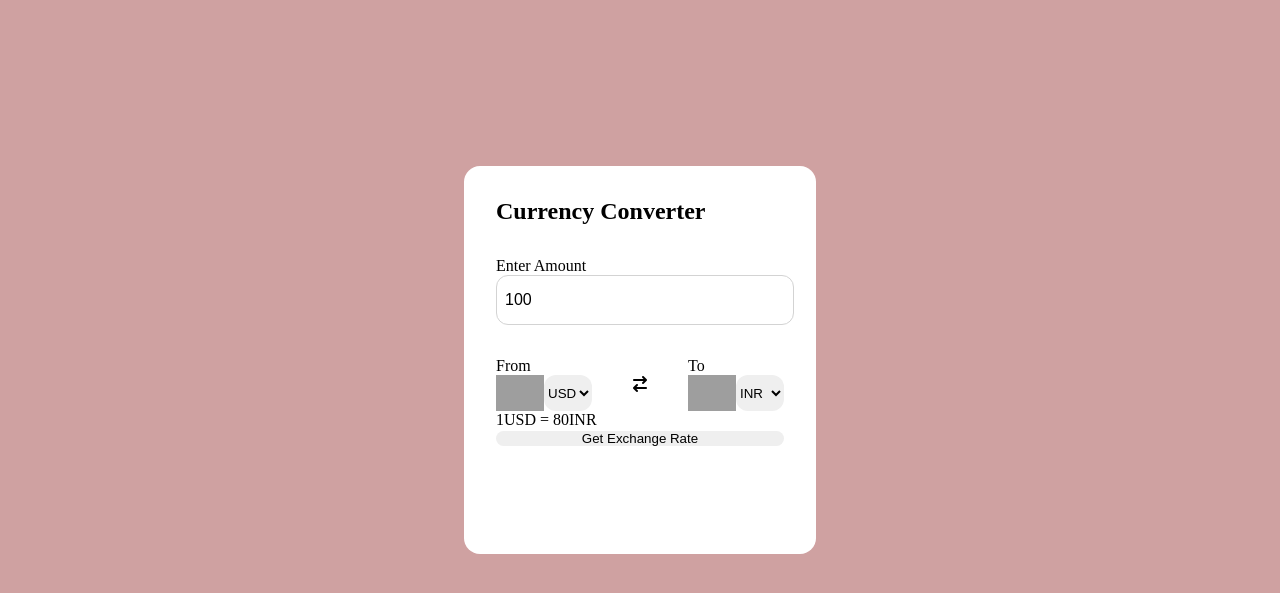
Repository: Chiranshukapil/Currency-Converter
Page: index.html
These files come from the project's save history. The page is drawn as it stood at one moment and after the next save; the edit follows.
The browser window is 1280 px wide. The pictures show the whole page.
Pictures or frames that could not be fetched are drawn as grey boxes.

Above is the page before, as saved 2024-07-01 04:26:24.

### index.html
<!DOCTYPE html>
<html lang="en">
<head>
    <meta charset="UTF-8">
    <meta name="viewport" content="width=device-width, initial-scale=1.0">
    <title>Currency Converter</title>
    <link rel="stylesheet" href="style.css">
    <link rel="stylesheet" href="https://cdnjs.cloudflare.com/ajax/libs/font-awesome/6.5.2/css/all.min.css" integrity="sha512-SnH5WK+bZxgPHs44uWIX+LLJAJ9/2PkPKZ5QiAj6Ta86w+fsb2TkcmfRyVX3pBnMFcV7oQPJkl9QevSCWr3W6A==" crossorigin="anonymous" referrerpolicy="no-referrer" />
</head>
<body>
    <div class="container">
        <h2>Currency Converter</h2>
        <form>
            <div class="amount">
                <p>Enter Amount</p>
                <input value="100" type="text">
            </div>
            <div class="dropdown">
                <div class="from">
                    <p>From</p>
                    <div class="select-container">
                        <img src="https://flagsapi.com/US/flat/64.png">
                        <select name="from">
                            <option value="USD">USD</option>
                            <option value="INR">INR</option>
                            <option value="EUR">EUR</option>
                            <option value="AUD">AUD</option>
                        </select>
                    </div>
                </div>
                <i class="fa-solid fa-arrow-right-arrow-left"></i>
                <div class="to">
                    <p>To</p>
                    <div class="select-container">
                        <img src="https://flagsapi.com/IN/flat/64.png">
                        <select name="to">
                            <option value="USD">USD</option>
                            <option value="INR" selected>INR</option>
                            <option value="EUR">EUR</option>
                            <option value="AUD">AUD</option>
                        </select>
                    </div>
                </div>
            </div>
            <div class="msg">1USD = 80INR</div>
            <button>Get Exchange Rate</button>
        </form>
    </div>



    <script src="script.js"></script>
</body>
</html>

### style.css
*{
    margin: 0;
    padding: 0;
}

html,body{
    height: 100%;
    width: 100%;
    display: flex;
    flex-direction: column;
    align-items: center;
    justify-content: center;
    background-color: rgb(207, 161, 161);
}
.container{
    /* display: flex;
    flex-direction: column;
    text-align: center;
    align-items: center;
    justify-content: center; */
    background-color: white;
    padding: 2rem;
    border-radius: 1rem;
    min-height: 45vh;
    width: 40vh;
}

form{
    margin: 2rem 0 1rem 0;
}

form select,button,input{
    width: 100%;
    border: none;
    outline: none;
    border-radius: 0.75rem;
}

form input{
    border: 1px solid lightgray;
    font-size: 1rem;
    height: 3rem;
    padding-left: 0.5rem;
}

.dropdown{
    display: flex;
    justify-content: space-between;
    align-items: center;
    margin-top: 2rem;
}

.select-container img{
    max-width: 3rem;
}

.select-container{
    display: flex;
    width: 6rem;
}

Loaded but not shown: script.js (no copy from this time; the picture is the same without it)

After the next save:
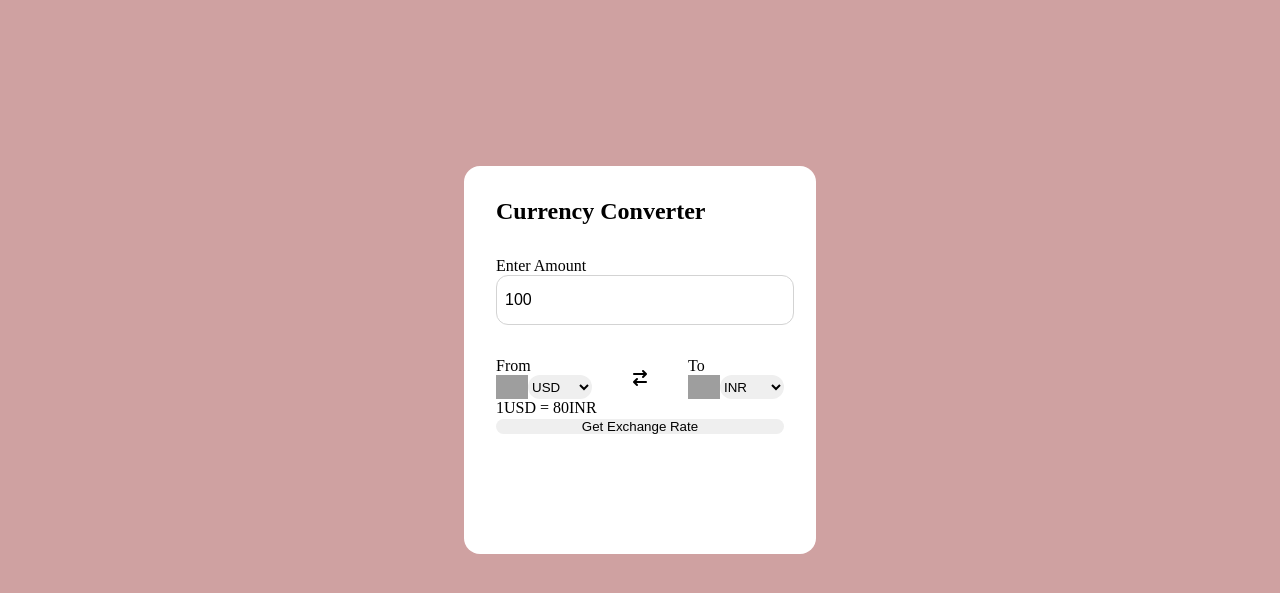
Saved 38 s later.
--- a/style.css
+++ b/style.css
@@ -51,7 +51,7 @@ form input{
 }
 
 .select-container img{
-    max-width: 3rem;
+    max-width: 2rem;
 }
 
 .select-container{
